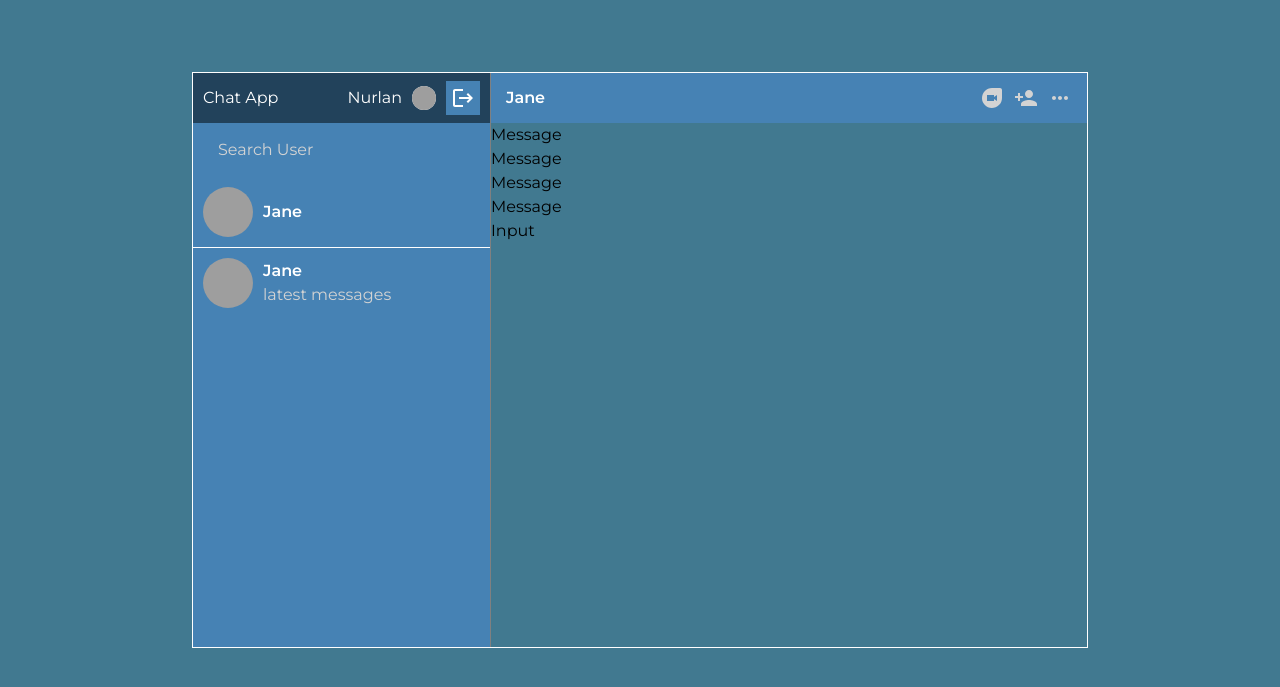
Repository: Nurlan-Bakenbaev/chat-app
Page: /
An editor plug-in stored every save of this project. The page is shown before and after the next save, followed by the edit.
The browser window is 1280 px wide. The pictures show the whole page.
Pictures or frames that could not be fetched are drawn as grey boxes. The project was rebuilt for these pictures with package versions that can differ from the ones it lists, and the page was loaded fresh each time. Also part of the build but not shown: vite.config.js. Imported but missing from the stored project, and not drawn on this page: src/pages/Login.

Above is the page before, as saved 2023-08-19 18:24:01.

After the next save:
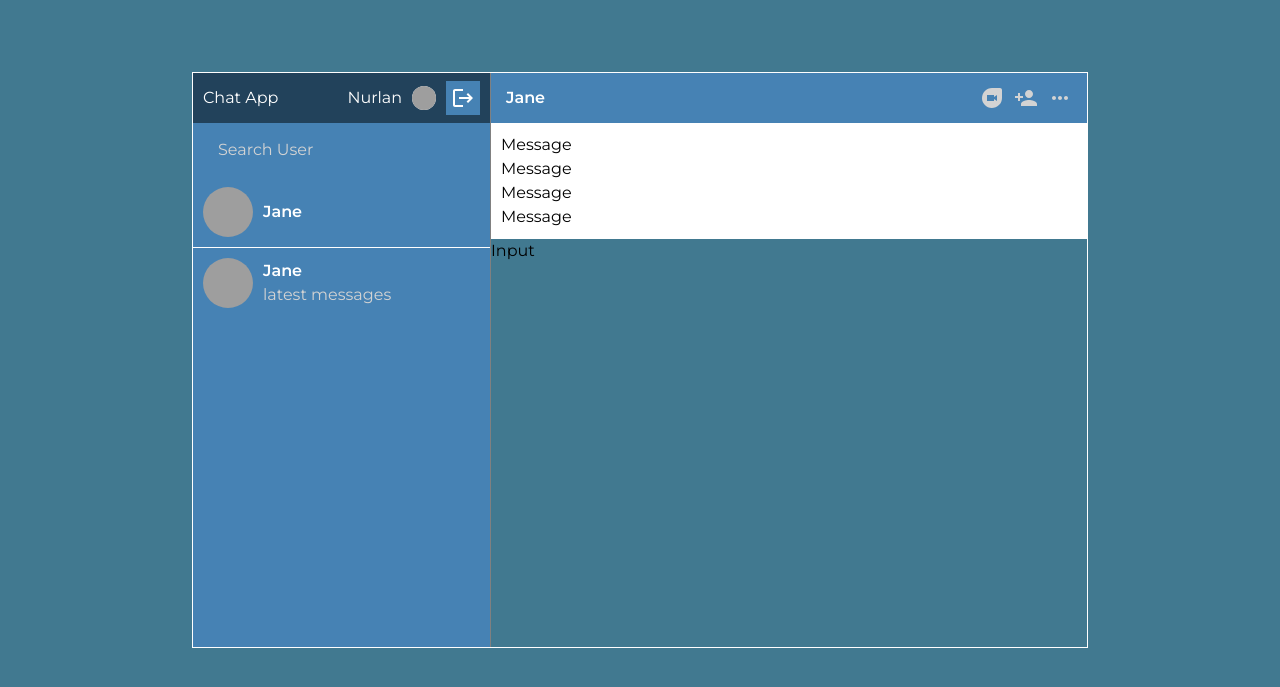
Saved 55 s later.
--- a/src/style.scss
+++ b/src/style.scss
@@ -199,10 +199,10 @@
             transform: scale(1.2);
           }
         }
-        .messages{
+
+        }.messages{
           background-color: white;
           padding: 10px;
-        }
       }
     }
   }
